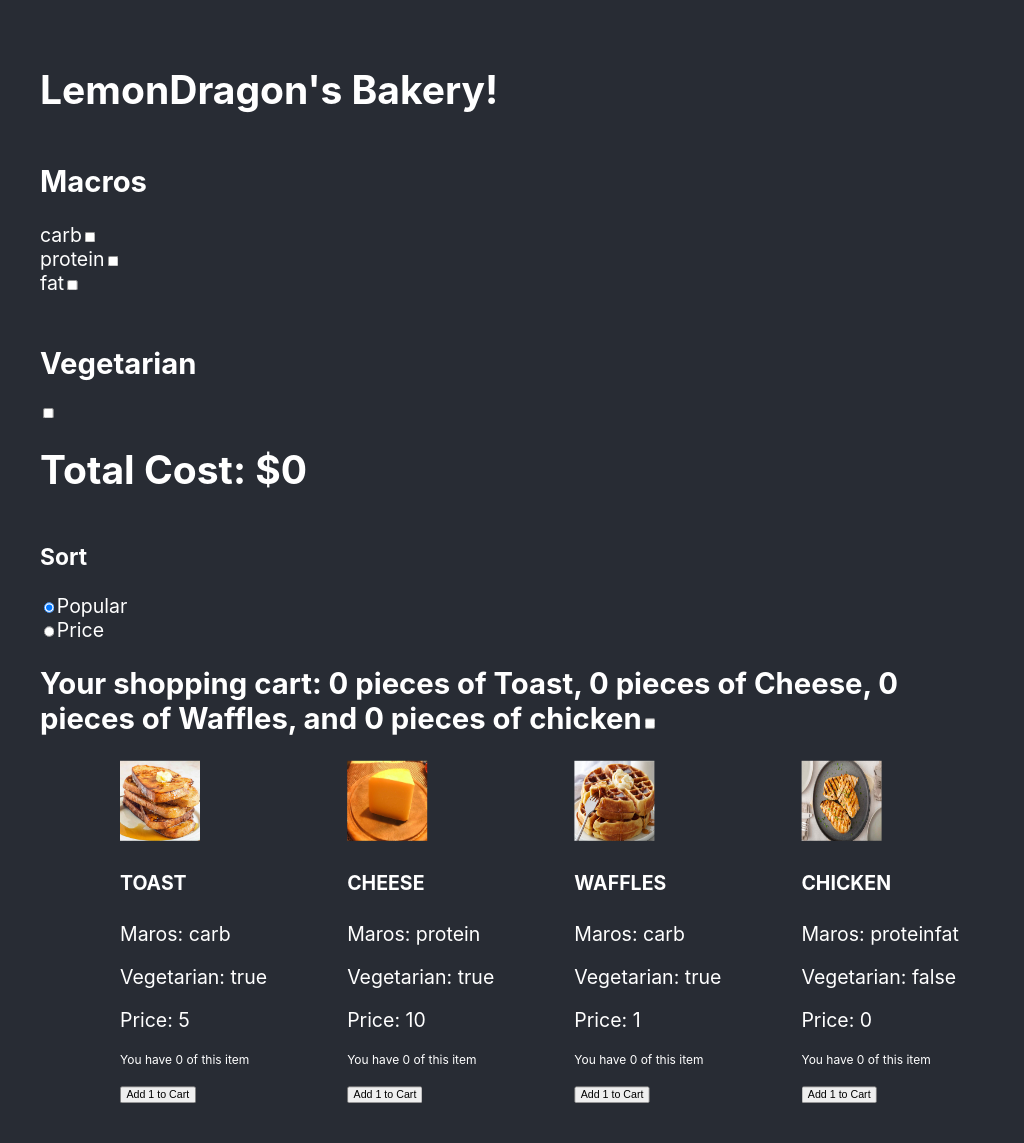
Repository: happydragon200/development
Page: /
The author's editor kept a copy of each file at every save. The page is drawn from the files as they stood at one save, then again after a run of saves.
The browser window is 1280 px wide. The pictures show the whole page, at 80% of full size.
The project was rebuilt for these pictures with package versions that can differ from the ones it lists, and the page was loaded fresh each time.

Above is the page before, as saved 2022-12-02 06:35:12.

After the next 2 saves:
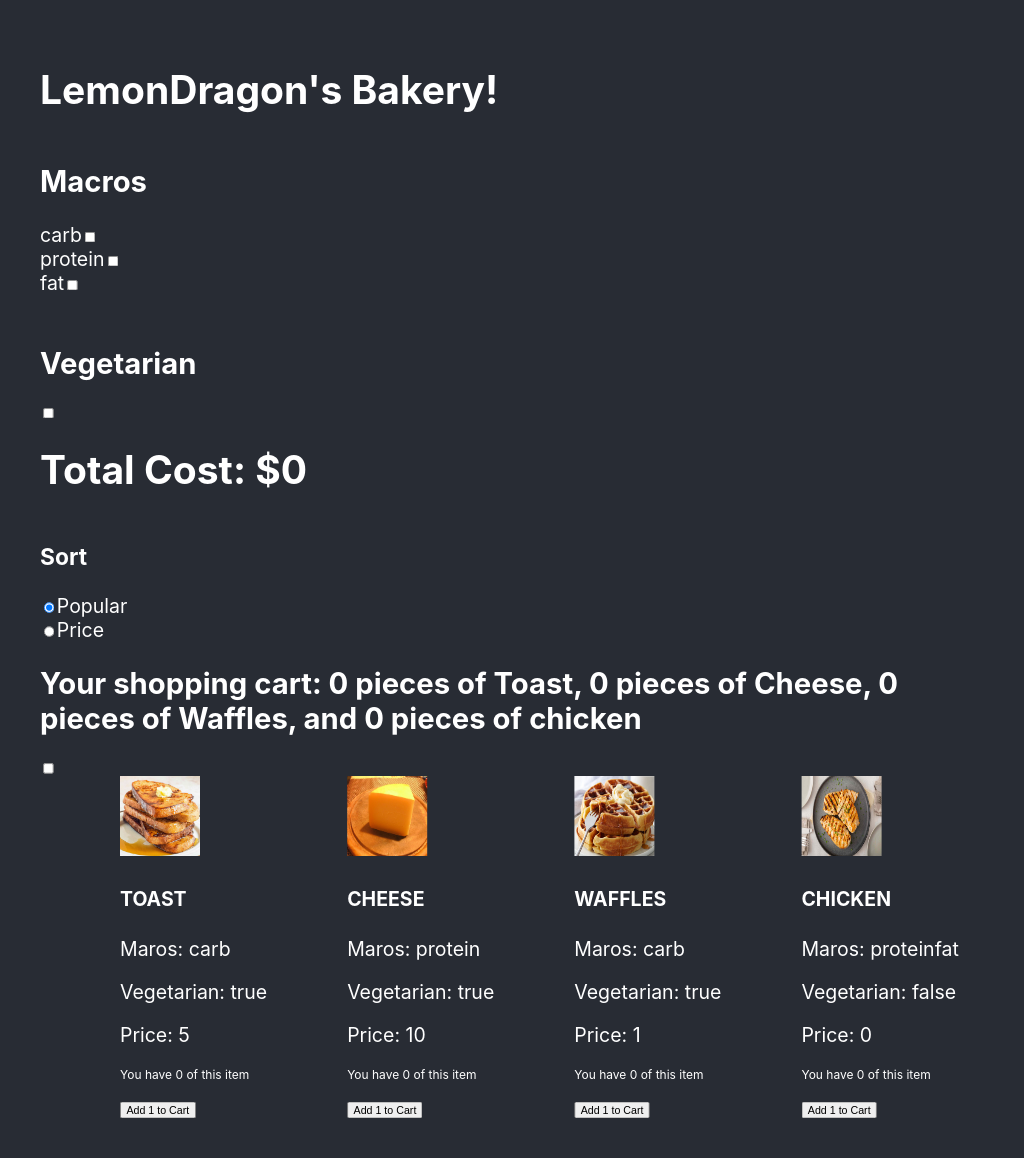
The 2 saves are shown as one change because they came seconds apart.
The last was saved 40 s later.
--- a/src/App.js
+++ b/src/App.js
@@ -251,14 +251,14 @@ function Menu() {
         Your shopping cart: {toast_count} pieces of Toast, {cheese_count} pieces
         of Cheese, {waffle_count} pieces of Waffles, and {chicken_count} pieces
         of chicken
-        <ResetButton
-          changeSelected={changeSelected}
-          toast_setcount={toast_setcount}
-          cheese_setcount={cheese_setcount}
-          waffle_setcount={waffle_setcount}
-          chicken_setcount={chicken_setcount}
-        />
       </h2>
+      <ResetButton
+        changeSelected={changeSelected}
+        toast_setcount={toast_setcount}
+        cheese_setcount={cheese_setcount}
+        waffle_setcount={waffle_setcount}
+        chicken_setcount={chicken_setcount}
+      />
 
       <div className="flex-parent">{final_list}</div>
     </>
